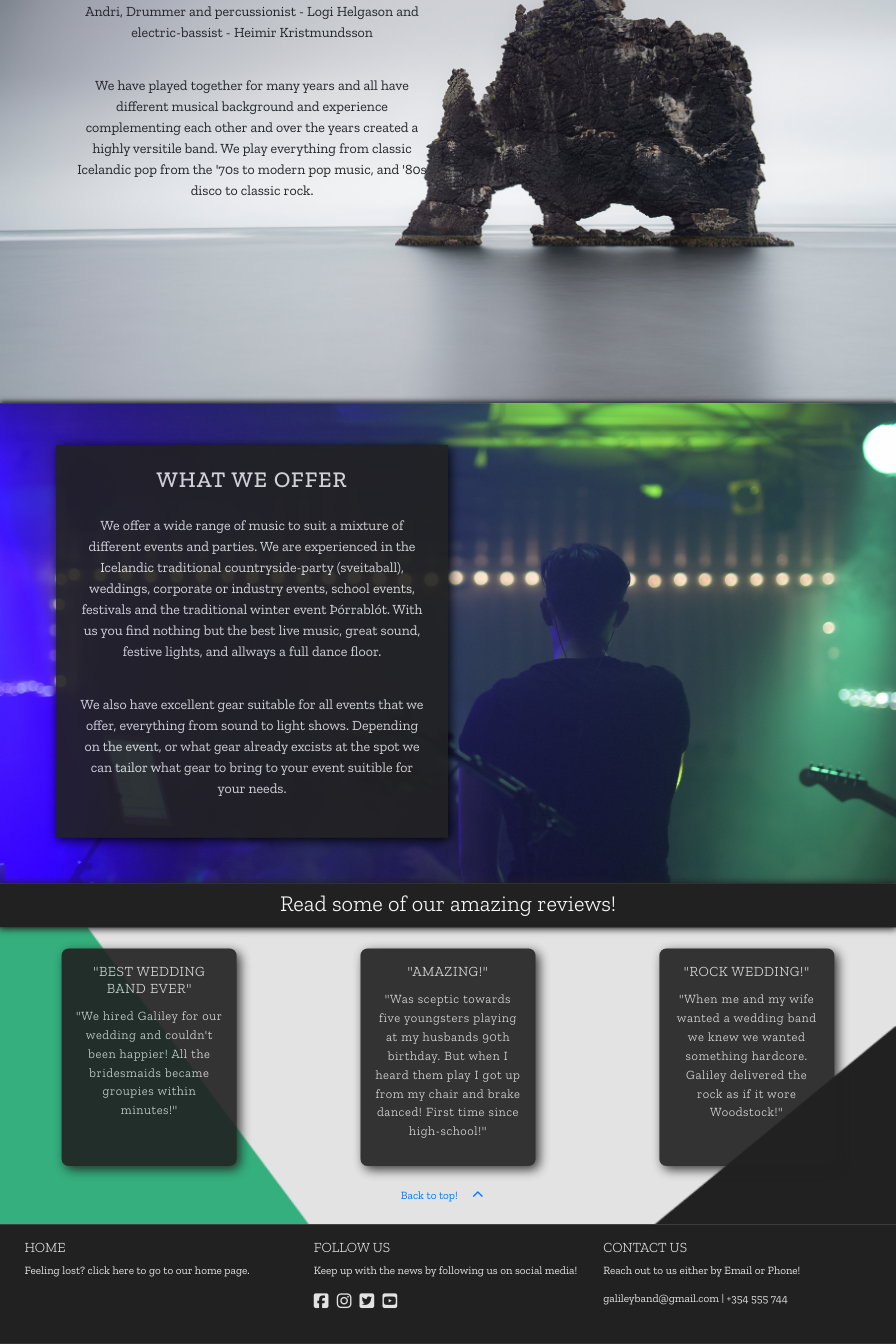
Repository: HeimirDavid/Galiley-Website
Page: index.html
The author's editor kept a record of every edit. The page is drawn from the files as they stood at one moment, then again after the next edit.
The browser window is 1280 px wide. The pictures show the part of the page from y = 827 to 2747 px (the page is 2747 px tall before and 2727 px after), at 70% of full size.
Backgrounds fixed to the window are drawn as part of the page. Some web libraries are served in a nearby version.

Above is the page before.

### index.html
<!DOCTYPE html>
<html lang="en">

<head>
    <meta charset="UTF-8">
    <meta name="viewport" content="width=device-width, initial-scale=1.0">
    <meta http-equiv="X-UA-Compatible" content="ie=edge">

    <link rel="stylesheet" href="https://stackpath.bootstrapcdn.com/bootstrap/4.3.1/css/bootstrap.min.css" integrity="sha384-ggOyR0iXCbMQv3Xipma34MD+dH/1fQ784/j6cY/iJTQUOhcWr7x9JvoRxT2MZw1T" crossorigin="anonymous">
    <link rel="stylesheet" href="https://cdnjs.cloudflare.com/ajax/libs/hover.css/2.3.1/css/hover-min.css" type="text/css" />
    <link rel="stylesheet" href="assets/css/style.css" type="text/css" />

    <script src="https://code.jquery.com/jquery-3.3.1.slim.min.js" integrity="sha384-q8i/X+965DzO0rT7abK41JStQIAqVgRVzpbzo5smXKp4YfRvH+8abtTE1Pi6jizo" crossorigin="anonymous"></script>
    <script src="https://cdnjs.cloudflare.com/ajax/libs/popper.js/1.14.7/umd/popper.min.js" integrity="sha384-UO2eT0CpHqdSJQ6hJty5KVphtPhzWj9WO1clHTMGa3JDZwrnQq4sF86dIHNDz0W1" crossorigin="anonymous"></script>
    <script src="https://stackpath.bootstrapcdn.com/bootstrap/4.3.1/js/bootstrap.min.js" integrity="sha384-JjSmVgyd0p3pXB1rRibZUAYoIIy6OrQ6VrjIEaFf/nJGzIxFDsf4x0xIM+B07jRM" crossorigin="anonymous"></script>
    <script src="https://kit.fontawesome.com/2ea8c5e5d2.js" crossorigin="anonymous"></script>

    <title>Galiley</title>
</head>

<body>
    <header>
        <!------ Header Navigation Menu, Mainly written with bootstrap  ------>
        <div class="row no-gutters">
            <div class="col black-container">
                <nav class="navbar fixed-top navbar-expand-md navbar-dark bg-dark" id="navbar-black-color">
                    <!-- Navbar position with help of this  -->
                    <a class="navbar-brand" href="index.html">Galiley - Home</a>
                    <!-- tutorial: https://www.youtube.com/watch?v=NzjU1GmKosQ&t=90s  -->
                    <button class="navbar-toggler" type="button" data-toggle="collapse" data-target="#navbarSupportedContent" aria-controls="navbarSupportedContent" aria-expanded="false" aria-label="Toggle navigation">
                    <span class="navbar-toggler-icon"></span></button>
                    <div class="collapse navbar-collapse" id="navbarSupportedContent">
                        <ul class="navbar-nav m-auto">
                            <li class="nav-item menuitem active-item">
                                <a class="nav-link" href="index.html"><span>Home</span></a>
                            </li>
                            <li class="nav-item menuitem">
                                <a class="nav-link" href="media.html"><span>Media</span></a>
                            </li>
                            <li class="nav-item menuitem">
                                <a class="nav-link" href="schedule.html"><span>Schedule</span></a>
                            </li>
                            <li class="nav-item menuitem">
                                <a class="nav-link" href="pricing.html"><span>Pricing</span></a>
                            </li>
                            <li class="nav-item menuitem">
                                <a class="nav-link" href="contact.html"><span>Contact</span></a>
                            </li>
                        </ul>
                    </div>
                </nav>
            </div>
        </div>

        <!------ Header Logo Image ------>
        <div class="logo-container">
            <div class="row no-gutters">
                <div class="col header-background-img">
                    <a href="#">
                    <img class="logo-white" src="assets/images/galiley_vit.png">
                </a>
                </div>
            </div>
        </div>

        <!------ Header Text  ------>
        <div class="row no-gutters">
            <div class="col h1-heading">
                <h1>Galiley - The Band For Your Next Event!</h1>
            </div>
        </div>
    </header>

    <!-- About section, inspired by sample projects at CI more specific Haley Schafer - StudentExampleProjectGradeFive-->
    <section id="about-image">
        <div class="container">
            <div class="row about-offer-row">
                <div class="col-md-6 text-center">
                    <h2 class="header-h2 uppercase">
                        About Galiley
                    </h2>
                    <p class="p-text">
                        We are an Icelandic band of five people of which are some of the most respected, well established and greatly experienced musicians in the north of Iceland. We feature lead singer - Freyþór Hrafn, pianist and backing vocalist - Gúðjón Jónsson, guitarist
                        and backing vocalist - Daniel Andri, Drummer and percussionist - Logi Helgason and electric-bassist - Heimir Kristmundsson
                    </p>
                    <p class="p-text">
                        We have played together for many years and all have different musical background and experience complementing each other and over the years created a highly versitile band. We play everything from classic Icelandic pop from the '70s to modern pop music,
                        and '80s disco to classic rock.
                    </p>
                </div>
            </div>
        </div>
    </section>

    <!------ What We Offer - Section ------>
    <section id="offer-image">
        <div class="container">
            <div class="row about-offer-row offer-row text-center">
                <div class="col-md-6 offer-card text-center">
                    <h2 class="header-h2 uppercase">
                        What we offer
                    </h2>
                    <p class="p-text offer-text">
                        We offer a wide range of music to suit a mixture of different events and parties. We are experienced in the Icelandic traditional countryside-party (sveitaball), weddings, corporate or industry events, school events, festivals and the traditional winter
                        event Þórrablót. With us you find nothing but the best live music, great sound, festive lights, and allways a full dance floor.
                    </p>
                    <p class="p-text offer-text">
                        We also have excellent gear suitable for all events that we offer, everything from sound to light shows. Depending on the event, or what gear already excists at the spot we can tailor what gear to bring to your event suitible for your needs.
                    </p>
                </div>
            </div>
        </div>
    </section>

    <!------ Reviews section - Header ------>
    <section>
        <!-- Review header -->
        <div class="row no-gutters">
            <div class="col review-header">
                <h2>Read some of our amazing reviews!</h2>
            </div>
        </div>

        <!------ Three review cards, use bootstrap grid system ------>
        <div class="container-fluid green-black-img">
            <div class="row">
                <div class="col-md-4 review-cards">
                    <h5 class="cards-header uppercase">"Best wedding band ever"</h5>
                    <p class="review-p">"We hired Galiley for our wedding and couldn't been happier! All the bridesmaids became groupies within minutes!"</p>
                </div>
                <div class="col-md-4 review-cards">
                    <h5 class="cards-header uppercase">"Amazing!"</h5>
                    <p class="review-p">"Was sceptic towards five youngsters playing at my husbands 90th birthday. But when I heard them play I got up from my chair and brake danced! First time since high-school!"</p>
                </div>
                <div class="col-md-4 review-cards">
                    <h5 class="cards-header uppercase">"Rock Wedding!"</h5>
                    <p class="review-p">"When me and my wife wanted a wedding band we knew we wanted something hardcore. Galiley delivered the rock as if it wore Woodstock!"</p>
                </div>
            </div>
            <!------ Go to top button at the bottom of the page -->
            <div class="row text-center">
                <div class="col gotop-col">
                    <a class="gotopbtn" href="#">
                        <span>Back to top!</span>
                        <i class="fas fa-chevron-up"></i>
                    </a>
                </div>
            </div>
        </div>
    </section>

    <footer>
        <!------ Footer section, Mainly structured and written with the help from CI tutorials from the Resume-Project.
                             Since i liked the design and strucure and felt that it fits well within this project. ------>
        <div class="container-fluid">
            <div class="row" id="footer-details">
                <div class="col-sm-4">
                    <h5 class="uppercase footer-heading">
                        <a href="index.html" class="footer-links">Home</a>
                    </h5>
                    <p class="inline-block">Feeling lost? click here to go to our home page.</p>
                </div>

                <div class="col-sm-4">
                    <h5 class="uppercase footer-heading">Follow Us</h5>
                    <p class="inline-block">Keep up with the news by following us on social media!</p>
                    <ul class="list-inline social-media-links">
                        <li class="list-inline-item">
                            <a class="footer-links" target="_blank" href="https://www.facebook.com/GalileyBand/">
                                <i class="fab fa-facebook-square"></i>
                                <span class="sr-only">Facebook</span>
                            </a>
                        </li>
                        <li class="list-inline-item">
                            <a class="footer-links" target="_blank" href="#">
                                <i class="fab fa-instagram"></i>
                                <span class="sr-only">Instagram</span>
                            </a>
                        </li>
                        <li class="list-inline-item">
                            <a class="footer-links" target="_blank" href="#">
                                <i class="fab fa-twitter-square"></i>
                                <span class="sr-only">Twitter</span>
                            </a>
                        </li>
                        <li class="list-inline-item">
                            <a class="footer-links" target="_blank" href="#">
                                <i class="fab fa-youtube-square"></i>
                                <span class="sr-only">Youtube</span>
                            </a>
                        </li>
                    </ul>
                </div>

                <div class="col-sm-4">
                    <h5 class="uppercase footer-heading">Contact Us</h5>
                    <p class="inline-block">Reach out to us either by Email or Phone!</p>
                    <p>galileyband@gmail.com | +354 555 744</p>
                </div>
            </div>
        </div>
    </footer>
</body>

</html>

### assets/css/style.css
@import url('https://fonts.googleapis.com/css?family=Zilla+Slab:300,400,500,600,700&display=swap');

html {
    scroll-behavior: smooth;
}

body {
    font-family: 'Zilla Slab', serif;
    background-color: #e3e3e3;
}

/*--------------------------------- Colour */

.green-color {
    color: #35af7e;
}

.wine-red-color {
    color: #b11226;
}

.grey-color {
    background-color: #c5c5c5;
}

.grey-blue {
    background-color: #76809a;
}
/*------------------------------- Special padding/margins/text */

h1, h2, h3, h4, h5 {
    margin: 0;
}

.uppercase {
    text-transform: uppercase;
}

.inline-block {
    display: inline-block;
}

.block-devider {
    width: 75px;
    height: 5px;
    background-color: #212121;
}

.block-devider-white {
    width: 75px;
    height: 5px;
    background-color: #e3e3e3;
}

.text-center {
    text-align: center;
}

.gotopbtn i {
    width: 50px;
    height: 50px;
    text-decoration: none;
}


/*--------------------------------- Navbar/Menu */

.navbar {
    opacity: 0.9;
    text-align: center;
    padding-bottom: 1.2em;
}

.menuitem {
    height: 50px;
    text-align: center;
    padding-left: 10px;
    padding-right: 10px;
    margin: 0px 10px 0px 10px;
    border: 1px solid #e3e3e3;
    transition: ease-in-out 0.3s;
    -moz-transition: ease-in-out 0.3s;
    -webkit-transition: ease-in-out 0.3s;
    -o-transition: ease-in-out 0.3s;
}

.menuitem a {
    width: 100%;
    text-decoration: none;
    color: #e3e3e3;
}

.menuitem a i {
    padding-top: 22px;
    display: block;
    color: #e3e3e3;
    font-size: 26px;
}

.menuitem span {
    display: block;
    width: 100%;
    padding-top: 5px;
    text-align: center;
    text-transform: uppercase;
    font-size: 14px;
    font-weight: 400;
    letter-spacing: 2px;
    transition: ease-in-out 0.3s;
    -moz-transition: ease-in-out 0.3s;
    -webkit-transition: ease-in-out 0.3s;
    -o-transition: ease-in-out 0.3s;
    color: #e3e3e3;

}

.menuitem:hover {
    background-color: #e3e3e3;
}

.menuitem:hover.menuitem span {
    color: #212121;
}

.navbar::before,     /* Before and After used from inspiration of this tutorial: https://www.youtube.com/watch?v=zGiirUiWslI   */
.navbar::after {
    content: "";
    margin-left: 2em;
    margin-right: 2em;
    width: 18%;
    height: 0.2em;
    background-color: #e3e3e3;
}

.navbar-nav .active-item span {
    color: #212121;
}

.navbar-nav .active-item {
    background-color: #e3e3e3;
}

.navbar::after {
    width: 20%;
}

.fixed-top {
    padding-top: 1.2em;
}

.navbar-brand {
    display: none;
}

#navbar-black-color {
    background-color: #212121!important;
}




/*--------------------------------- Header */

.black-container {
    position: relative;
    top: 0;
    left: 0;
    width: 100%;
    height:6em;
    background-color: #000;
}

.h1-heading {
    color: #fafafa;
    padding: 10px 0px 15px 0px;
    text-align: center;
    background-color: #212121;
    box-shadow: 0px 10px 30px -10px #212121;
}

.h1-heading h1 {
    font-weight: 300;
}

.header-background-img {
    display: block;
    background-image: url("../images/galiley_diddi.jpg");
    padding: 20px;
    background-size: cover;
}

/*
.logo-container {
    margin-top: 7%;
}
*/

.logo-white {
    opacity: 1.9;
    display: block;
    margin-left: auto;
    margin-right: auto;
    width: 70%;
}

/*--------------------------------- Footer */

footer {
    background-color: #212121;
    color: #e3e3e3;
    min-height: 100px;
    margin: 0;
}

.footer-heading {
    font-weight: 300;
    text-decoration: none;
    margin-bottom: 10px;
}

.footer-heading a {
    transition: ease-in-out 0.3s;
    -moz-transition: ease-in-out 0.3s;
    -webkit-transition: ease-in-out 0.3s;
    -o-transition: ease-in-out 0.3s;
}

.footer-heading a:hover {
    color: #a5a5a5;
    text-decoration: none;
}

.footer-links {
    color: #e3e3e3;
}

.social-media-links {
    padding-bottom: 10px;
}

.social-media-links li a i {
    font-size: x-large;
    padding: 10px 0px;
    line-height: 10px;
    transition: ease-in-out 0.3s;
    -moz-transition: ease-in-out 0.3s;
    -webkit-transition: ease-in-out 0.3s;
    -o-transition: ease-in-out 0.3s;
}

.social-media-links li a i:hover {
    color: #35af7e;
}

#footer-details {
    padding: 20px;
}

/*--------------------------------- About - Section / What we offer - Section */

.about-offer-row {
    padding: 20px 0px;
}

.header-h2 {
    font-weight: 500;
    padding: 10px 10px 20px 10px;
    letter-spacing: 1.5px;
}

.p-text {
    font-size: 20px;
    padding: 10px 10px 20px 10px;
}

.about-row {
    padding: 60px 10px 20px 10px;
}

.offer-card {
    background-color: #212121;
    color: #e3e3e3;
    padding: 20px;
    margin-bottom: 45px;
    box-shadow: 3px 3px 15px 0px #000;
    opacity: 0.9;
}

/*--------------------------------- Reviews - section */

.review-header {
    background-color: #212121;
    color: #fafafa;
    padding: 10px 0px 15px 0px;
    text-align: center;
    box-shadow: 0px 1px 10px 1px #212121;
}

.review-header h2 {
    font-weight: 300;
}

.review-cards {
    background-color: #212121;
    color: #e3e3e3;
    opacity: 0.9;
    max-width: 250px;
    padding: 20px;
    margin: 30px;
    margin-right: auto;
    margin-left: auto;
    text-align: center;
    border-radius: 10px;
    box-shadow: 5px 5px 15px 0px #212121;
}

.cards-header {
    font-weight: 300;
    letter-spacing: 0.8px;
    margin-bottom: 15px;
}

.review-p {
    font-size: 18px;
    font-weight: 200;
    letter-spacing: 0.8px;
}

/*--------------------------------- Setlist Section / Video Section */

.spotify-header-row {
    background-color: #35af7e;
}

.media-header {
    padding: 20px;
    font-weight: 300;
    font-size: 38px;
}

.spotify-row {
    margin-bottom: 40px;
}

.setlist-header-col {
    color: #000;
    padding: 30px;
}

.media-h4 {
    font-weight: 300;
    font-size: 30px;
    padding: 10px;
}

.media-p {
    font-size: 22px;
    font-weight: 300;
}

.spotify-col {
    color: #e3e3e3;
    background-color: rgba(0, 0, 0, 0.5);
    margin: auto;
    margin-top: 20px;
    padding: 20px 10px 0px 10px;
    max-width: 300px;
    border-radius: 12px;
    border-radius: 10px;
    box-shadow: 5px 5px 15px 0px #212121;
}

.spotify-col::before {
    content: "";
    top: 0;
    left: 0;
    background-color: #212121;
    height: 100px;
    width: 1em;
}

.spotify-player {
    opacity: .96;
}

.video-container {
    padding:0px 0px 80px 0px;

}

.video-header-col {
    background-color: #212121;
    color: #e3e3e3;
    padding: 20px 0px;
    box-shadow: 0px 10px 30px -10px #212121;
}

.youtube-col {
    padding: 10px;
}

.youtube-container {  /*   Code copied to make youtube player responsive. Source: https://avexdesigns.com/responsive-youtube-embed/    */
position: relative;
padding-bottom: 56.25%;
padding-top: 30px; height: 0; overflow: hidden;
}

.youtube-container iframe,
.youtube-container object,
.youtube-container embed {
position: absolute;
top: 0;
left: 0;
width: 100%;
height: 100%;
}

/*--------------------------------- Media Queries */

@media (max-width: 767px) {
    .navbar::before,
    .navbar::after {
        display: none;
    }

    .navbar-brand {
        display: block;
    }

    .fixed-top {
        padding: 1em;
    }

    .reviews-container {
        background-color: #e3e3e3;
    }

    .reviews-container {
        background: #e3e3e3;
    }
}

@media (min-width: 767px) {

    /* Images use and fixed image website layout inspiried by this tutorial: https://www.youtube.com/watch?v=PWoOpJtkyjI */
    #about-image { /* Image from unsplash taken by Luca Baggio */
        background-image: url("../images/about-background.jpg");
        background-attachment: fixed;
        background-size: cover;
        height: 120vh;
        width: 100%;
    }

    #spotify-background-img {
        background-image: url("../images/spotify-background-img.jpg");
        background-attachment: fixed;
        background-size: cover;
        height: 120vh;
        width: 100%;
    }

    #offer-image {
        background-image: url("../images/galiley-offer.jpg");
        background-attachment: scroll;
        background-size: cover;
        height: 100%;
        width: 100%;
        box-shadow: 0px -3px 7px 0px;
    }

    .green-black-img {
        background-image: url("../images/setlist-background.png");
        background-attachment: fixed;
        background-size: cover;
        box-shadow: 0px -3px 7px 0px;
    }

    .about-offer-row {
    padding: 60px 10px 20px 10px;
    }

    .youtube-row {
        padding-top: 50px;
    }

    .youtube-col {
        padding: 10px 100px;
    }
}

@media (min-width: 767px) and (max-width: 1000px) {
    #about-image {
        background-image: url("../images/about-background.jpg");
        background-attachment: fixed;
        background-size: cover;
        height: 200vh;
        width: 100%;
    }

        #spotify-background-img {
        background-image: url("../images/spotify-background-img.jpg");
        background-attachment: fixed;
        background-size: cover;
        height: 250vh;
        width: 100%;
    }
}

@media (max-width: 576px) {
    /* To get rid of padding and margin to link up "Offer section" and "reviews section" in mobile view */
    .about-offer-row {
    padding-top: 20px;
    }

    .offer-card {
        margin: 0;
    }
}

After the next edit:
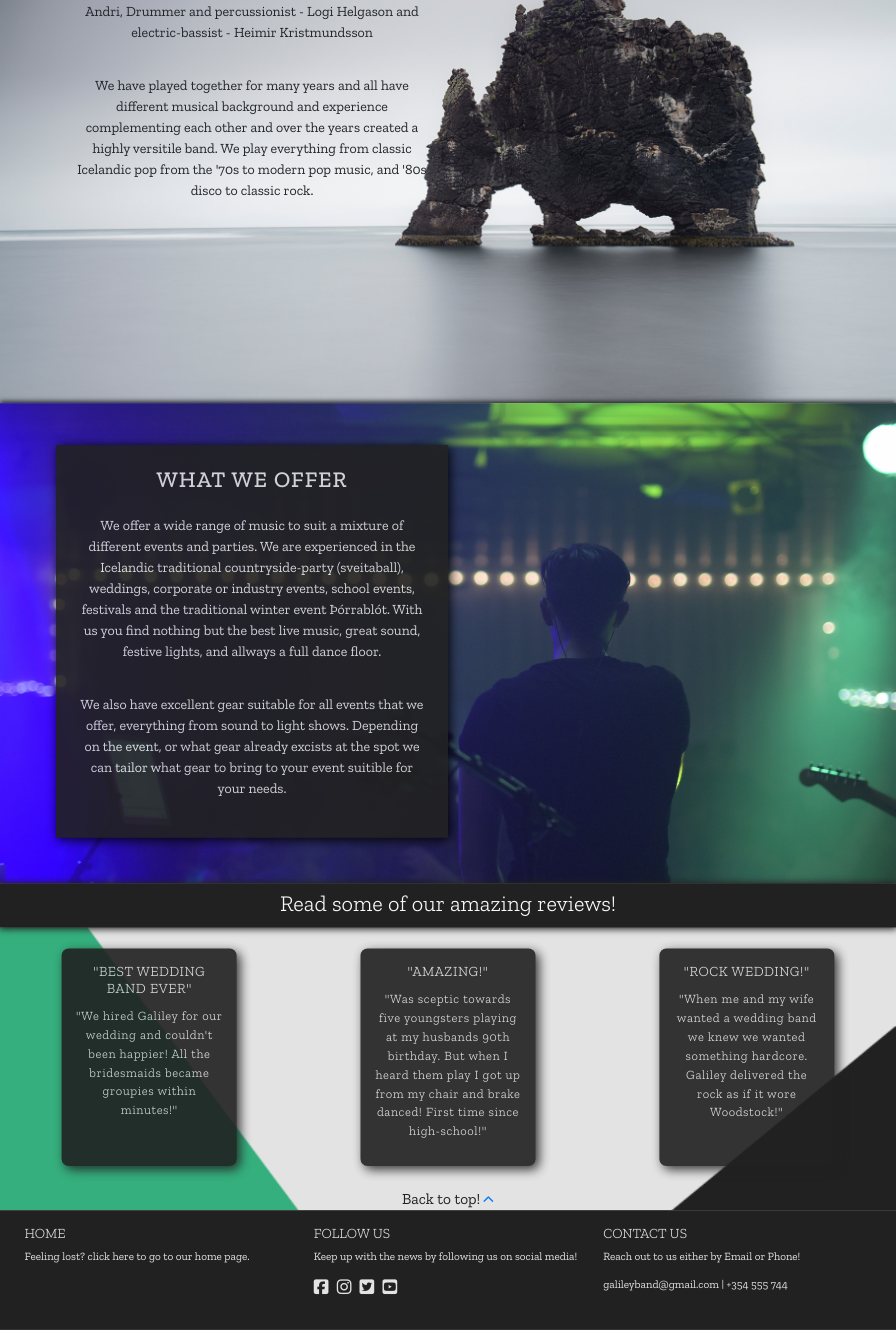
The edit:
--- a/assets/css/style.css
+++ b/assets/css/style.css
@@ -56,9 +56,19 @@
     text-align: center;
 }
 
-.gotopbtn i {
-    width: 50px;
-    height: 50px;
+.gotopbtn {
+    text-align: center;
+    text-decoration: none;
+}
+
+.gotopbtn span {
+    text-decoration: none;
+    color: #212121;
+    font-size: 22px;
+}
+
+.gotopbtn span i {
+    font-size: larger;
     text-decoration: none;
 }
 
